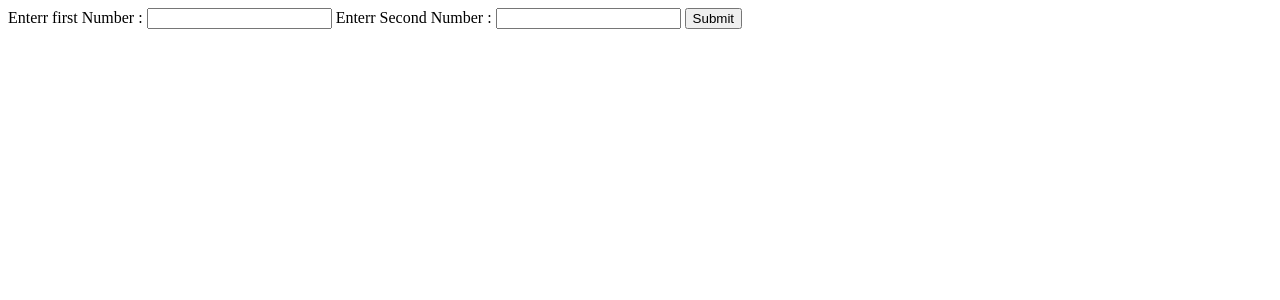
Repository: geeteshkumbalkar28/Servlet
Page: MyfirstProject1/WebContent/index.html
The author's editor kept a copy of each file at every save. The page is drawn from the files as they stood at one save, then again after the next save.
The browser window is 1280 px wide. The pictures show the whole page.

Above is the page before, as saved 2023-04-02 20:11:44.

### MyfirstProject1/WebContent/index.html
<!DOCTYPE html>
<html>
<body>
	<form action="add">
	Enterr first Number : <input type="text" name="Name One">
	Enterr Second Number : <input type="text" name="Name Two">
	 <input type="submit">

	</form>
</body>
</html>

After the next save:
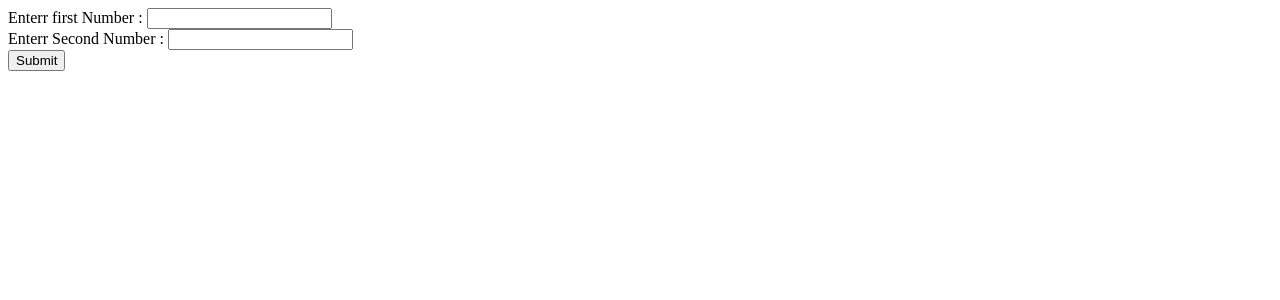
Saved 78 s later.
--- a/MyfirstProject1/WebContent/index.html
+++ b/MyfirstProject1/WebContent/index.html
@@ -2,8 +2,8 @@
 <html>
 <body>
 	<form action="add">
-	Enterr first Number : <input type="text" name="Name One">
-	Enterr Second Number : <input type="text" name="Name Two">
+	Enterr first Number : <input type="text" name="Name One"><br>
+	Enterr Second Number : <input type="text" name="Name Two"><br>
 	 <input type="submit">
 
 	</form>
